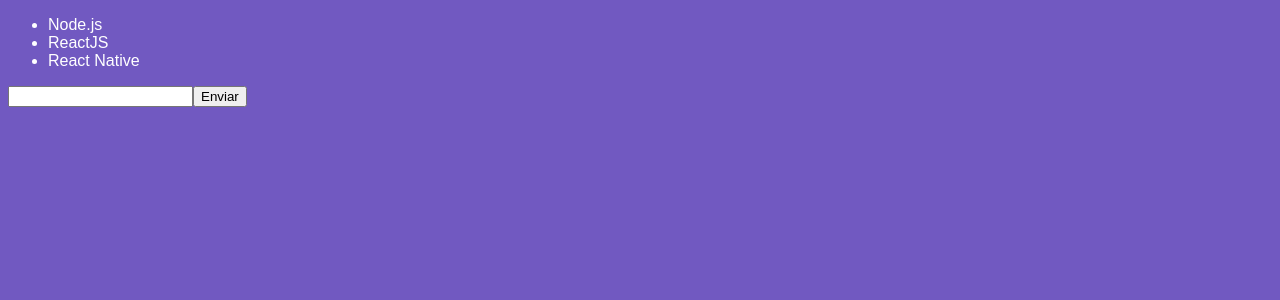
Repository: edsonjuniornarvaes/bootcamp-gostack-9.0-reactjs
Page: /
These files come from the project's save history. The page is drawn as it stood at one moment and after the next save; the edit follows.
The browser window is 1280 px wide. The pictures show the whole page.
The project was rebuilt for these pictures with package versions that can differ from the ones it lists, and the page was loaded fresh each time. Also part of the build but not shown: webpack.config.js.

Above is the page before, as saved 2021-02-19 17:41:26.

### public/index.html
<!DOCTYPE html>
<html lang="en">
<head>
  <meta charset="UTF-8">
  <meta http-equiv="X-UA-Compatible" content="IE=edge">
  <meta name="viewport" content="width=device-width, initial-scale=1.0">
  <title>Document</title>
</head>
<body>
  <div id="app"></div>
  <script src="./bundle.js"></script>
</body>
</html>

### src/App.js
import React from 'react';
import './App.css';

import TechList from './components/TechList';

function App() {
  return <TechList />
};

export default App;

### src/components/TechList.js
import React, { Component } from 'react';

class TechList extends Component {

  state = {
    newTech: '',
    techs: [
      'Node.js',
      'ReactJS',
      'React Native',
    ]
  }

  handleInputChange = e => {
    this.setState({ newTech: e.target.value })
  }

  handleSubmit = e => {
    e.preventDefault();

    this.setState({ techs: [...this.state.techs, this.state.newTech],
      newTech: ''
    });
  }

  render() {
    return (
      <form onSubmit={this.handleSubmit}>
        <ul>
          {this.state.techs.map(tech => <li key={tech}>{tech}</li>)}
        </ul>
        <input
          type="text"
          onChange={this.handleInputChange}
          value={this.state.newTech}
        />
        <button type="submit">Enviar</button>
      </form>
    );
  }
}

export default TechList;

Loaded but not shown: src/index.js (common file); src/App.css (common file)

After the next save:
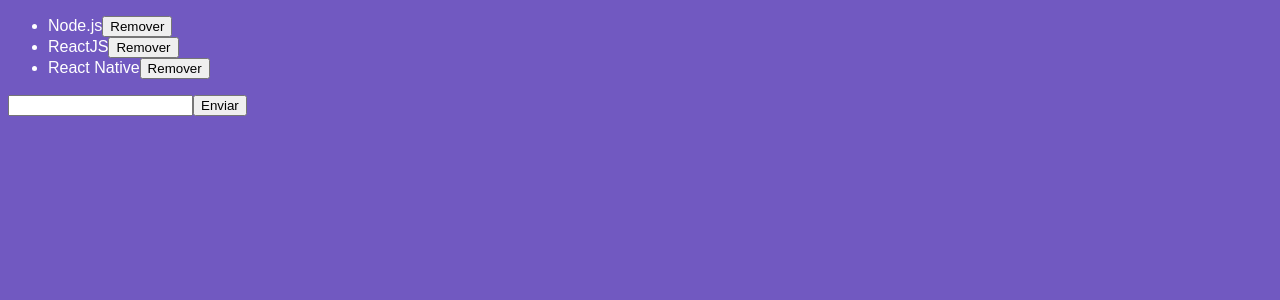
Saved 2 days later.
--- a/src/components/TechList.js
+++ b/src/components/TechList.js
@@ -23,11 +23,20 @@
     });
   }
 
+  handleDelete = (tech) => {
+    this.setState({ techs: this.state.techs.filter(t => t != tech) })
+  }
+
   render() {
     return (
       <form onSubmit={this.handleSubmit}>
         <ul>
-          {this.state.techs.map(tech => <li key={tech}>{tech}</li>)}
+          {this.state.techs.map(tech => (
+            <li key={tech}>
+              {tech}
+              <button onClick={() => this.handleDelete(tech)} type="button">Remover</button>
+            </li>
+          ))}
         </ul>
         <input
           type="text"
